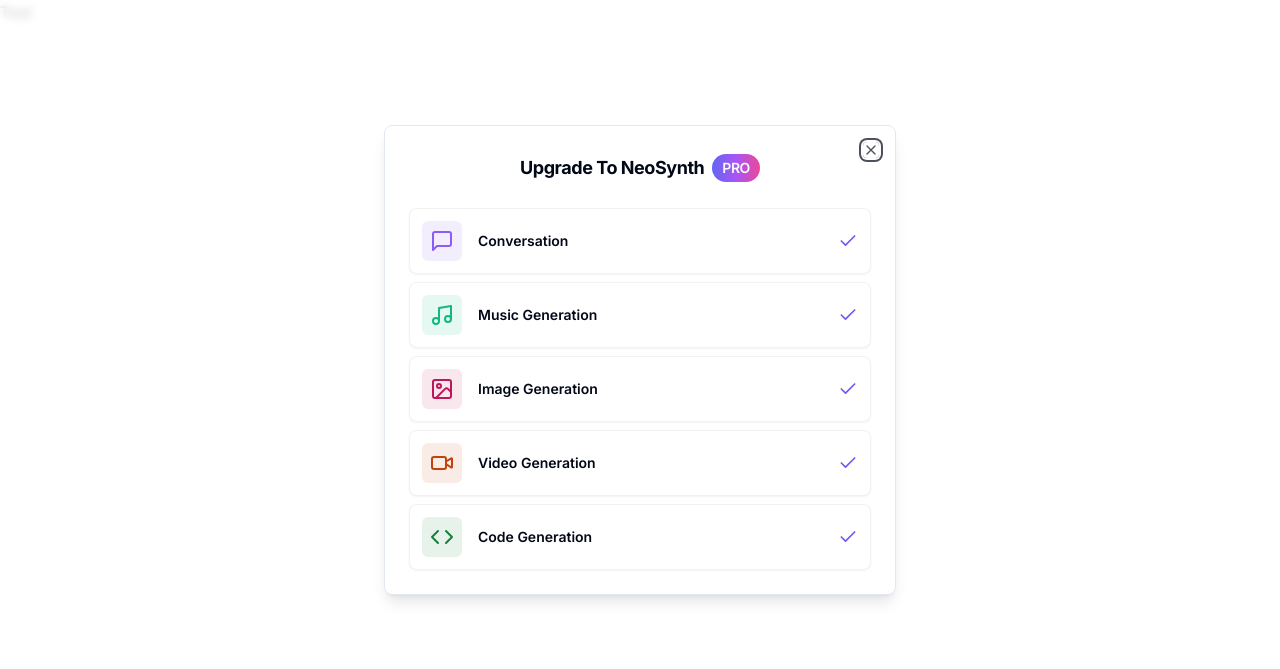
Repository: tathagat22/NeoSynth
Page: /test
An editor plug-in stored every save of this project. The page is shown before and after the next save, followed by the edit.
The browser window is 1280 px wide. The pictures show the whole page.
The project was rebuilt for these pictures with package versions that can differ from the ones it lists, and the page was loaded fresh each time. Some packages were replaced by stand-ins written for this rebuild. The framework's server and built-in components were replaced by stand-ins that run in the browser. Also part of the build but not shown: next.config.js.

Above is the page before, as saved 2023-09-03 19:31:01.

### app/layout.tsx
import "./globals.css";
import type { Metadata } from "next";
import { Inter } from "next/font/google";
import { ClerkProvider } from "@clerk/nextjs";
import { ModalProvider } from "@/components/model-provider";

const inter = Inter({ subsets: ["latin"] });

export const metadata: Metadata = {
  title: "NeoSynth",
  description: "Neo is thinking for you behind the matrix",
};

export default function RootLayout({
  children,
}: {
  children: React.ReactNode;
}) {
  return (
    <ClerkProvider>
      <html lang="en">
        <body className={inter.className}>
          <ModalProvider />
          {children}
        </body>
      </html>
    </ClerkProvider>
  );
}

### app/test/page.tsx
const TestPage = () => {
    return (
        <div>Test</div>
     );
}

export default TestPage;

### app/globals.css
@tailwind base;
@tailwind components;
@tailwind utilities;

html, body, :root {
  height: 100%;
}
@layer base {
  :root {
    --background: 0 0% 100%;
    --foreground: 222.2 84% 4.9%;

    --card: 0 0% 100%;
    --card-foreground: 222.2 84% 4.9%;

    --popover: 0 0% 100%;
    --popover-foreground: 222.2 84% 4.9%;

    --primary: 248 90% 66%;
    --primary-foreground: 210 40% 98%;

    --secondary: 210 40% 96.1%;
    --secondary-foreground: 222.2 47.4% 11.2%;

    --muted: 210 40% 96.1%;
    --muted-foreground: 215.4 16.3% 46.9%;

    --accent: 210 40% 96.1%;
    --accent-foreground: 222.2 47.4% 11.2%;

    --destructive: 0 84.2% 60.2%;
    --destructive-foreground: 210 40% 98%;

    --border: 214.3 31.8% 91.4%;
    --input: 214.3 31.8% 91.4%;
    --ring: 222.2 84% 4.9%;

    --radius: 0.5rem;
  }

  .dark {
    --background: 222.2 84% 4.9%;
    --foreground: 210 40% 98%;

    --card: 222.2 84% 4.9%;
    --card-foreground: 210 40% 98%;

    --popover: 222.2 84% 4.9%;
    --popover-foreground: 210 40% 98%;

    --primary: 210 40% 98%;
    --primary-foreground: 222.2 47.4% 11.2%;

    --secondary: 217.2 32.6% 17.5%;
    --secondary-foreground: 210 40% 98%;

    --muted: 217.2 32.6% 17.5%;
    --muted-foreground: 215 20.2% 65.1%;

    --accent: 217.2 32.6% 17.5%;
    --accent-foreground: 210 40% 98%;

    --destructive: 0 62.8% 30.6%;
    --destructive-foreground: 210 40% 98%;

    --border: 217.2 32.6% 17.5%;
    --input: 217.2 32.6% 17.5%;
    --ring: 212.7 26.8% 83.9%;
  }
}

@layer base {
  * {
    @apply border-border;
  }
  body {
    @apply bg-background text-foreground;
  }
}

### components/model-provider.tsx
"use client";

import { useEffect, useState } from "react";
import { ProModal } from "./pro-modal";

export const ModalProvider = () => {
    const [isMounted, setIsMounted] = useState(false);
    useEffect(() => {
        setIsMounted(true);
    }, []);

    if(!isMounted) {
        return null;
    }

    return (
        <>
        <ProModal />
        </>
    );
}

### components/pro-modal.tsx
"use client";

import { useProModal } from "@/hooks/use-pro-modal";
import {
  Dialog,
  DialogContent,
  DialogDescription,
  DialogHeader,
  DialogTitle,
} from "./ui/dialog";
import { Badge } from "./ui/badge";
import {
  Check,
  Code,
  Image,
  MessageSquare,
  Music,
  VideoIcon,
} from "lucide-react";
import { Card } from "./ui/card";
import { cn } from "@/lib/utils";

export const ProModal = () => {
  const proModal = useProModal();
  const tools = [
    {
      label: "Conversation",
      icon: MessageSquare,
      color: "text-violet-500",
      bgColor: "bg-violet-500/10",
    },
    {
      label: "Music Generation",
      icon: Music,
      color: "text-emerald-500",
      bgColor: "bg-emerald-500/10",
    },
    {
      label: "Image Generation",
      icon: Image,
      color: "text-pink-700",
      bgColor: "bg-pink-700/10",
    },
    {
      label: "Video Generation",
      icon: VideoIcon,
      color: "text-orange-700",
      bgColor: "bg-orange-700/10",
    },
    {
      label: "Code Generation",
      icon: Code,
      color: "text-green-700",
      bgColor: "bg-green-700/10",
    },
  ];
  return (
    <Dialog open={proModal.isOPen} onOpenChange={proModal.onClose}>
      <DialogContent>
        <DialogHeader>
          <DialogTitle className="flex justify center items-center flex-col gap-y-4 pb-2">
            <div className="flex items-center gap-x-2 font-bold py-1">
              Upgrade To NeoSynth
              <Badge className="uppercase text-sm py-1" variant="premium">
                pro
              </Badge>
            </div>
          </DialogTitle>
          <DialogDescription className="text-center pt-2 space-y-2 text-zinc-900 font-medium">
            {tools.map((tool) => (
              <Card
                key={tool.label}
                className="p-3 border-black/5 flex items-center justify-between"
              >
                <div className="flex items-center gap-x-4">
                  <div className={cn("p-2 w-fit rounded-md", tool.bgColor)}>
                    <tool.icon className={cn("w-6 h-6", tool.color)} />
                  </div>
                  <div className="font-semibold text-sm">{tool.label}</div>
                </div>
                <Check className="text-primary w-5 h-5"/>
              </Card>
            ))}
          </DialogDescription>
        </DialogHeader>
      </DialogContent>
    </Dialog>
  );
};

### hooks/use-pro-modal.tsx
import {create} from "zustand";

interface useProModalStore {
    isOPen: boolean;
    onOpen: () => void;
    onClose: () => void;
};

export const useProModal = create<useProModalStore>((set) => ({
    isOPen: true,
    onOpen: () => set({isOPen: true}),
    onClose: () => set({isOPen: false}),
}));

### components/ui/dialog.tsx
"use client"

import * as React from "react"
import * as DialogPrimitive from "@radix-ui/react-dialog"
import { X } from "lucide-react"

import { cn } from "@/lib/utils"

const Dialog = DialogPrimitive.Root

const DialogTrigger = DialogPrimitive.Trigger

const DialogPortal = ({
  className,
  ...props
}: DialogPrimitive.DialogPortalProps) => (
  <DialogPrimitive.Portal className={cn(className)} {...props} />
)
DialogPortal.displayName = DialogPrimitive.Portal.displayName

const DialogOverlay = React.forwardRef<
  React.ElementRef<typeof DialogPrimitive.Overlay>,
  React.ComponentPropsWithoutRef<typeof DialogPrimitive.Overlay>
>(({ className, ...props }, ref) => (
  <DialogPrimitive.Overlay
    ref={ref}
    className={cn(
      "fixed inset-0 z-50 bg-background/80 backdrop-blur-sm data-[state=open]:animate-in data-[state=closed]:animate-out data-[state=closed]:fade-out-0 data-[state=open]:fade-in-0",
      className
    )}
    {...props}
  />
))
DialogOverlay.displayName = DialogPrimitive.Overlay.displayName

const DialogContent = React.forwardRef<
  React.ElementRef<typeof DialogPrimitive.Content>,
  React.ComponentPropsWithoutRef<typeof DialogPrimitive.Content>
>(({ className, children, ...props }, ref) => (
  <DialogPortal>
    <DialogOverlay />
    <DialogPrimitive.Content
      ref={ref}
      className={cn(
        "fixed left-[50%] top-[50%] z-50 grid w-full max-w-lg translate-x-[-50%] translate-y-[-50%] gap-4 border bg-background p-6 shadow-lg duration-200 data-[state=open]:animate-in data-[state=closed]:animate-out data-[state=closed]:fade-out-0 data-[state=open]:fade-in-0 data-[state=closed]:zoom-out-95 data-[state=open]:zoom-in-95 data-[state=closed]:slide-out-to-left-1/2 data-[state=closed]:slide-out-to-top-[48%] data-[state=open]:slide-in-from-left-1/2 data-[state=open]:slide-in-from-top-[48%] sm:rounded-lg md:w-full",
        className
      )}
      {...props}
    >
      {children}
      <DialogPrimitive.Close className="absolute right-4 top-4 rounded-sm opacity-70 ring-offset-background transition-opacity hover:opacity-100 focus:outline-none focus:ring-2 focus:ring-ring focus:ring-offset-2 disabled:pointer-events-none data-[state=open]:bg-accent data-[state=open]:text-muted-foreground">
        <X className="h-4 w-4" />
        <span className="sr-only">Close</span>
      </DialogPrimitive.Close>
    </DialogPrimitive.Content>
  </DialogPortal>
))
DialogContent.displayName = DialogPrimitive.Content.displayName

const DialogHeader = ({
  className,
  ...props
}: React.HTMLAttributes<HTMLDivElement>) => (
  <div
    className={cn(
      "flex flex-col space-y-1.5 text-center sm:text-left",
      className
    )}
    {...props}
  />
)
DialogHeader.displayName = "DialogHeader"

const DialogFooter = ({
  className,
  ...props
}: React.HTMLAttributes<HTMLDivElement>) => (
  <div
    className={cn(
      "flex flex-col-reverse sm:flex-row sm:justify-end sm:space-x-2",
      className
    )}
    {...props}
  />
)
DialogFooter.displayName = "DialogFooter"

const DialogTitle = React.forwardRef<
  React.ElementRef<typeof DialogPrimitive.Title>,
  React.ComponentPropsWithoutRef<typeof DialogPrimitive.Title>
>(({ className, ...props }, ref) => (
  <DialogPrimitive.Title
    ref={ref}
    className={cn(
      "text-lg font-semibold leading-none tracking-tight",
      className
    )}
    {...props}
  />
))
DialogTitle.displayName = DialogPrimitive.Title.displayName

const DialogDescription = React.forwardRef<
  React.ElementRef<typeof DialogPrimitive.Description>,
  React.ComponentPropsWithoutRef<typeof DialogPrimitive.Description>
>(({ className, ...props }, ref) => (
  <DialogPrimitive.Description
    ref={ref}
    className={cn("text-sm text-muted-foreground", className)}
    {...props}
  />
))
DialogDescription.displayName = DialogPrimitive.Description.displayName

export {
  Dialog,
  DialogTrigger,
  DialogContent,
  DialogHeader,
  DialogFooter,
  DialogTitle,
  DialogDescription,
}

### components/ui/badge.tsx
import * as React from "react"
import { cva, type VariantProps } from "class-variance-authority"

import { cn } from "@/lib/utils"

const badgeVariants = cva(
  "inline-flex items-center rounded-full border px-2.5 py-0.5 text-xs font-semibold transition-colors focus:outline-none focus:ring-2 focus:ring-ring focus:ring-offset-2",
  {
    variants: {
      variant: {
        default:
          "border-transparent bg-primary text-primary-foreground hover:bg-primary/80",
        secondary:
          "border-transparent bg-secondary text-secondary-foreground hover:bg-secondary/80",
        destructive:
          "border-transparent bg-destructive text-destructive-foreground hover:bg-destructive/80",
        outline: "text-foreground",
        premium: "bg-gradient-to-r from-indigo-500 via-purple-500 to-pink-500 text-primary-foreground border-0",
      },
    },
    defaultVariants: {
      variant: "default",
    },
  }
)

export interface BadgeProps
  extends React.HTMLAttributes<HTMLDivElement>,
    VariantProps<typeof badgeVariants> {}

function Badge({ className, variant, ...props }: BadgeProps) {
  return (
    <div className={cn(badgeVariants({ variant }), className)} {...props} />
  )
}

export { Badge, badgeVariants }

### components/ui/card.tsx
import * as React from "react"

import { cn } from "@/lib/utils"

const Card = React.forwardRef<
  HTMLDivElement,
  React.HTMLAttributes<HTMLDivElement>
>(({ className, ...props }, ref) => (
  <div
    ref={ref}
    className={cn(
      "rounded-lg border bg-card text-card-foreground shadow-sm",
      className
    )}
    {...props}
  />
))
Card.displayName = "Card"

const CardHeader = React.forwardRef<
  HTMLDivElement,
  React.HTMLAttributes<HTMLDivElement>
>(({ className, ...props }, ref) => (
  <div
    ref={ref}
    className={cn("flex flex-col space-y-1.5 p-6", className)}
    {...props}
  />
))
CardHeader.displayName = "CardHeader"

const CardTitle = React.forwardRef<
  HTMLParagraphElement,
  React.HTMLAttributes<HTMLHeadingElement>
>(({ className, ...props }, ref) => (
  <h3
    ref={ref}
    className={cn(
      "text-2xl font-semibold leading-none tracking-tight",
      className
    )}
    {...props}
  />
))
CardTitle.displayName = "CardTitle"

const CardDescription = React.forwardRef<
  HTMLParagraphElement,
  React.HTMLAttributes<HTMLParagraphElement>
>(({ className, ...props }, ref) => (
  <p
    ref={ref}
    className={cn("text-sm text-muted-foreground", className)}
    {...props}
  />
))
CardDescription.displayName = "CardDescription"

const CardContent = React.forwardRef<
  HTMLDivElement,
  React.HTMLAttributes<HTMLDivElement>
>(({ className, ...props }, ref) => (
  <div ref={ref} className={cn("p-6 pt-0", className)} {...props} />
))
CardContent.displayName = "CardContent"

const CardFooter = React.forwardRef<
  HTMLDivElement,
  React.HTMLAttributes<HTMLDivElement>
>(({ className, ...props }, ref) => (
  <div
    ref={ref}
    className={cn("flex items-center p-6 pt-0", className)}
    {...props}
  />
))
CardFooter.displayName = "CardFooter"

export { Card, CardHeader, CardFooter, CardTitle, CardDescription, CardContent }

### components/ui/button.tsx
import * as React from "react"
import { Slot } from "@radix-ui/react-slot"
import { cva, type VariantProps } from "class-variance-authority"

import { cn } from "@/lib/utils"

const buttonVariants = cva(
  "inline-flex items-center justify-center rounded-md text-sm font-medium ring-offset-background transition-colors focus-visible:outline-none focus-visible:ring-2 focus-visible:ring-ring focus-visible:ring-offset-2 disabled:pointer-events-none disabled:opacity-50",
  {
    variants: {
      variant: {
        default: "bg-primary text-primary-foreground hover:bg-primary/90",
        destructive:
          "bg-destructive text-destructive-foreground hover:bg-destructive/90",
        outline:
          "border border-input bg-background hover:bg-accent hover:text-accent-foreground",
        secondary:
          "bg-secondary text-secondary-foreground hover:bg-secondary/80",
        ghost: "hover:bg-accent hover:text-accent-foreground",
        link: "text-primary underline-offset-4 hover:underline",
        premium: "bg-gradient-to-r from-indigo-500 via-purple-500 to-pink-500 text-white border-0"
      },
      size: {
        default: "h-10 px-4 py-2",
        sm: "h-9 rounded-md px-3",
        lg: "h-11 rounded-md px-8",
        icon: "h-10 w-10",
      },
    },
    defaultVariants: {
      variant: "default",
      size: "default",
    },
  }
)

export interface ButtonProps
  extends React.ButtonHTMLAttributes<HTMLButtonElement>,
    VariantProps<typeof buttonVariants> {
  asChild?: boolean
}

const Button = React.forwardRef<HTMLButtonElement, ButtonProps>(
  ({ className, variant, size, asChild = false, ...props }, ref) => {
    const Comp = asChild ? Slot : "button"
    return (
      <Comp
        className={cn(buttonVariants({ variant, size, className }))}
        ref={ref}
        {...props}
      />
    )
  }
)
Button.displayName = "Button"

export { Button, buttonVariants }

Loaded but not shown: lib/utils.ts (common file); tailwind.config.js (common file)

After the next save:
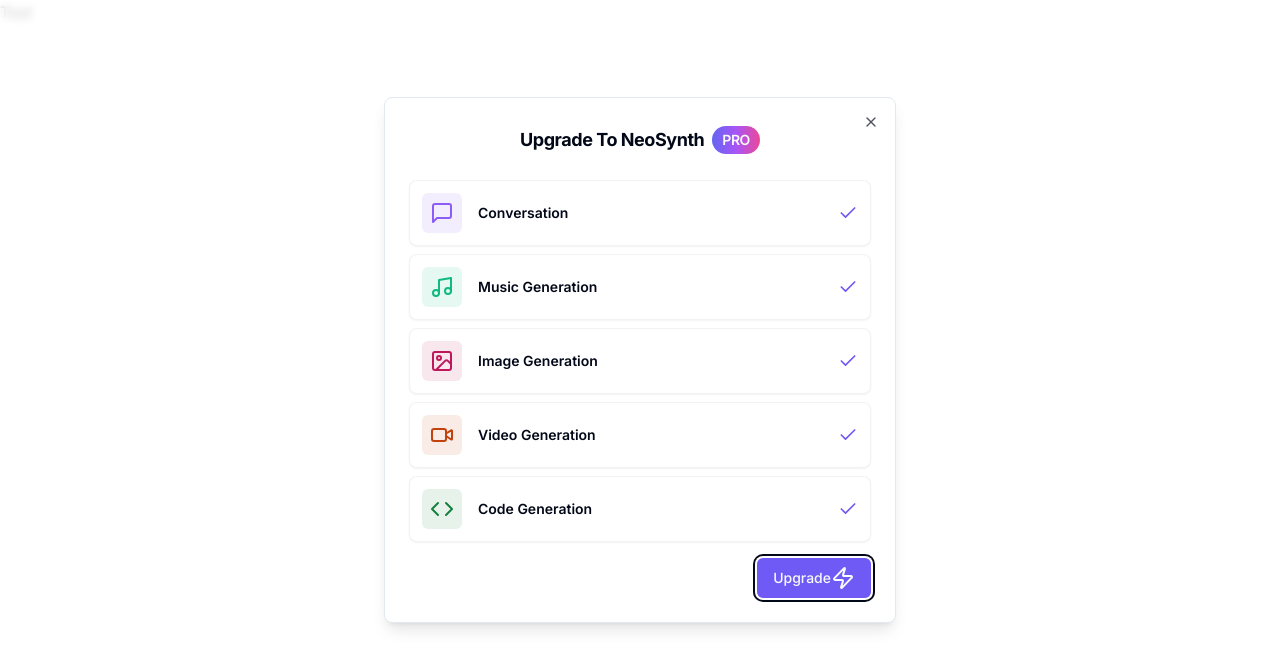
Saved 32 s later.
--- a/components/pro-modal.tsx
+++ b/components/pro-modal.tsx
@@ -5,6 +5,7 @@
   Dialog,
   DialogContent,
   DialogDescription,
+  DialogFooter,
   DialogHeader,
   DialogTitle,
 } from "./ui/dialog";
@@ -16,9 +17,11 @@
   MessageSquare,
   Music,
   VideoIcon,
+  Zap,
 } from "lucide-react";
 import { Card } from "./ui/card";
 import { cn } from "@/lib/utils";
+import { Button } from "./ui/button";
 
 export const ProModal = () => {
   const proModal = useProModal();
@@ -83,6 +86,12 @@
             ))}
           </DialogDescription>
         </DialogHeader>
+        <DialogFooter>
+            <Button>
+                Upgrade
+                <Zap />
+            </Button>
+        </DialogFooter>
       </DialogContent>
     </Dialog>
   );
